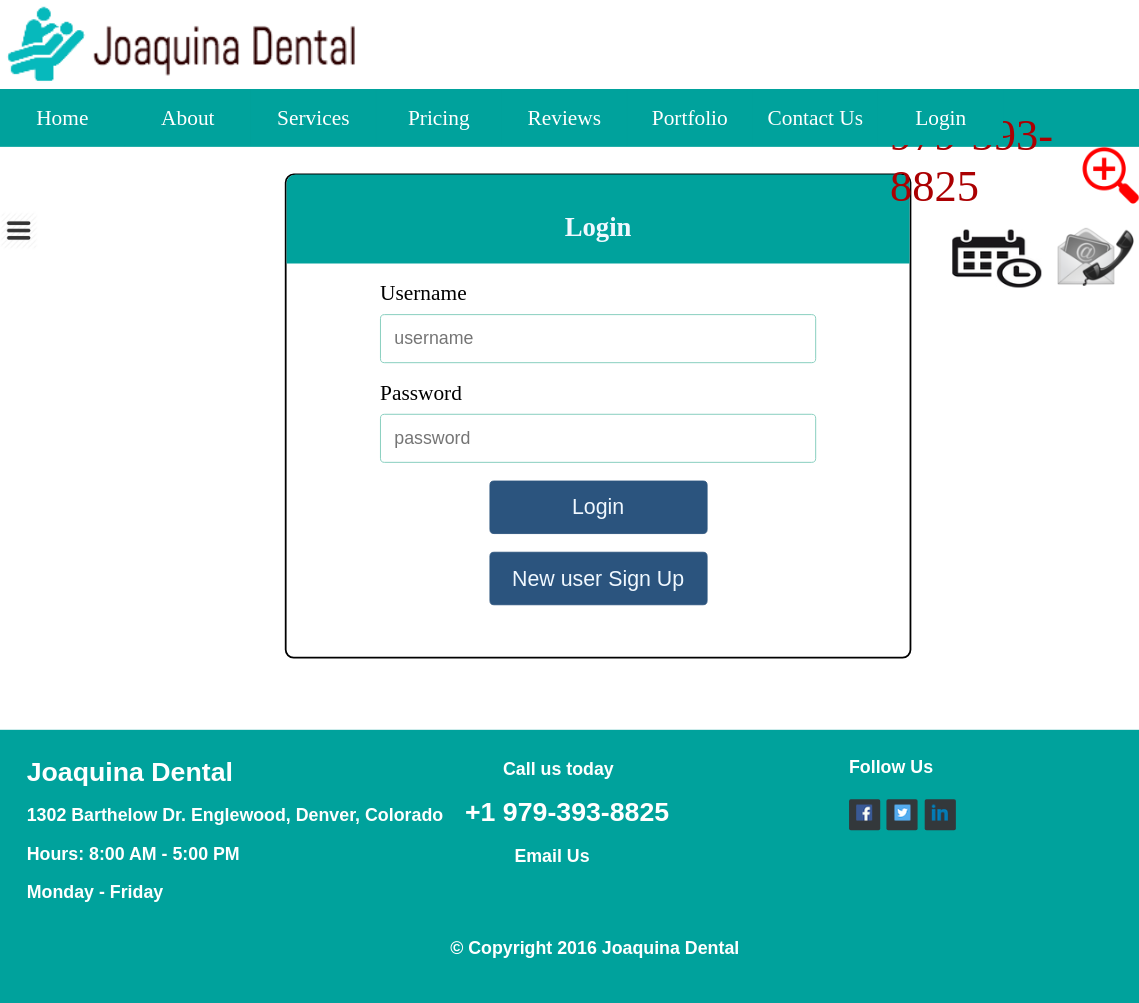
Repository: ManjushaBolishetty/test
Page: http://localhost/test/LoginError.jsp
An editor plug-in stored every save of this project. The page is shown before and after the next save, followed by the edit.
The browser window is 1280 px wide. The pictures show the whole page, at 89% of full size.
The page is served by Tomcat 9.

Above is the page before, as saved 2016-04-03 06:49:15.

After the next save:
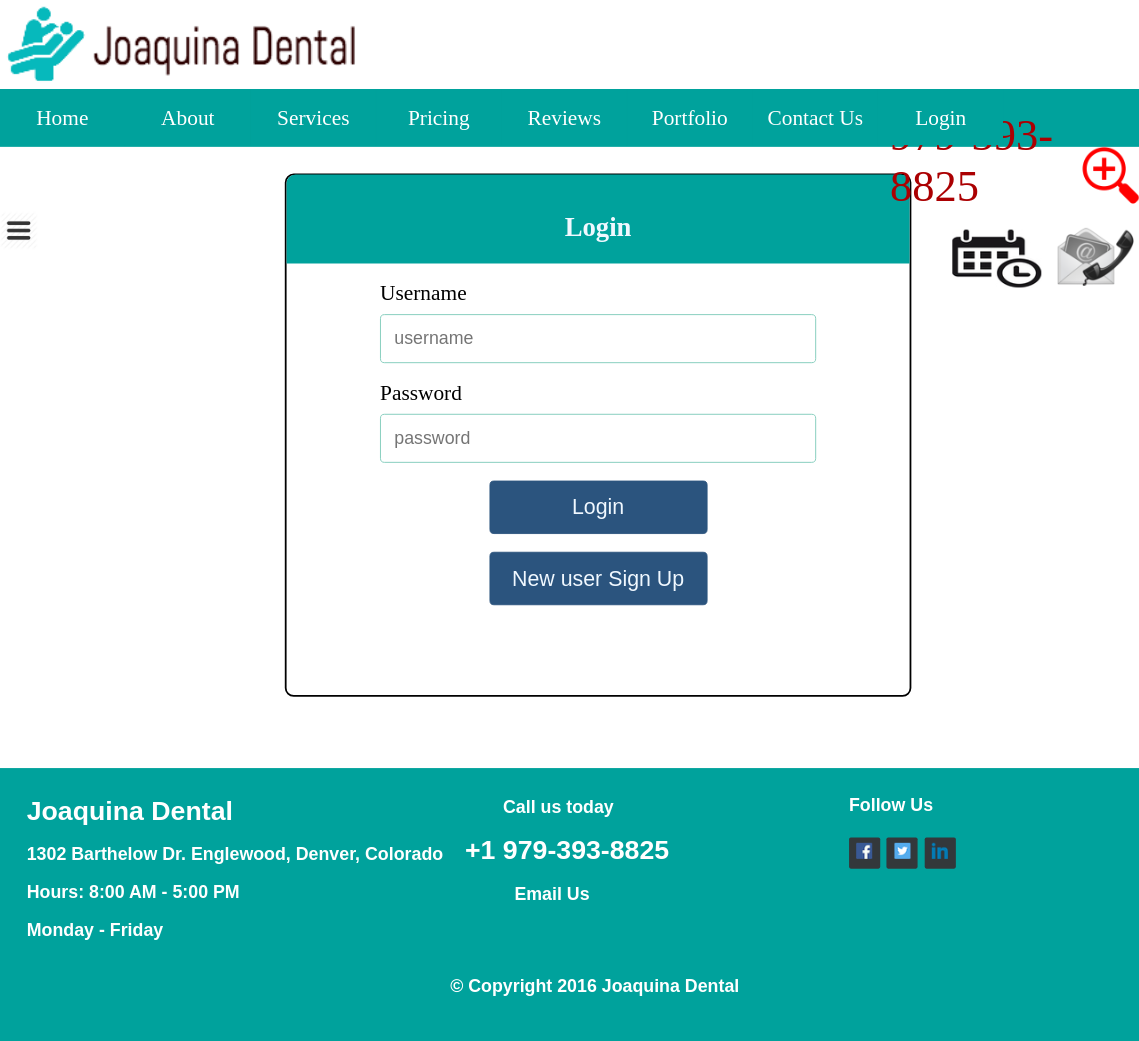
Saved 101 s later.
--- a/test/WebContent/LoginError.jsp
+++ b/test/WebContent/LoginError.jsp
@@ -1 +1,61 @@
-<%@include file="JD_LoginPage.jsp" %>
+<%@ page language="java" contentType="text/html; charset=UTF-8"
+    pageEncoding="UTF-8"%>
+<%@include file="header.jsp" %>
+<!DOCTYPE html>
+<html>
+<head>
+<meta http-equiv="Content-Type" content="text/html; charset=UTF-8">
+<meta name="viewport" content="width=device-width, initial-scale=1">
+<link href="CSS/ResponsiveForm.css" rel="stylesheet" type="text/css" />
+<title>Login</title>
+</head>
+<body>
+<div id="cover">
+<header>
+    <h3>Login</h3>
+</header>
+<form action="Login" method="post">
+	<label>Username </label>
+	<input type="text" name="username" placeholder="username" width="100px;">
+	<label>Password </label>
+	<input type="password" name="password" placeholder="password">
+	<input type="submit" value="Login" id="login">
+	<input type="submit" value="New user Sign Up" id="newuser">
+</form>
+<P>Bummm!!!! Invalid Username or Password. Please try again. <p>
+</div>
+<footer class="footer-distributed">
+			<div class="footer-left">
+
+				<h3>Joaquina Dental</h3>
+				<p>1302 Barthelow Dr.
+				Englewood, Denver, Colorado</p>
+				<p >Hours: 8:00 AM - 5:00 PM</p>
+				<p >Monday - Friday</p>
+			</div>
+
+			<div class="footer-center">
+
+				<p class="callusToday">Call us today  </p><br/>
+				<br/>
+				<h3>+1 979-393-8825</h3><br/>
+				<p class="emailUs">Email Us</p>
+			</div>
+
+			<div class="footer-right">
+
+				<p>Follow Us</p>
+
+				<div class="footer-icons">
+
+					<a href="#"><i class="fa fa-facebook"></i></a>
+					<a href="#"><i class="fa fa-twitter"></i></a>
+					<a href="#"><i class="fa fa-linkedin"></i></a>
+
+				</div>
+
+			</div>
+<p class="copyright" >&copy; Copyright 2016 Joaquina Dental</p>
+		</footer>
+</body>
+</html>
